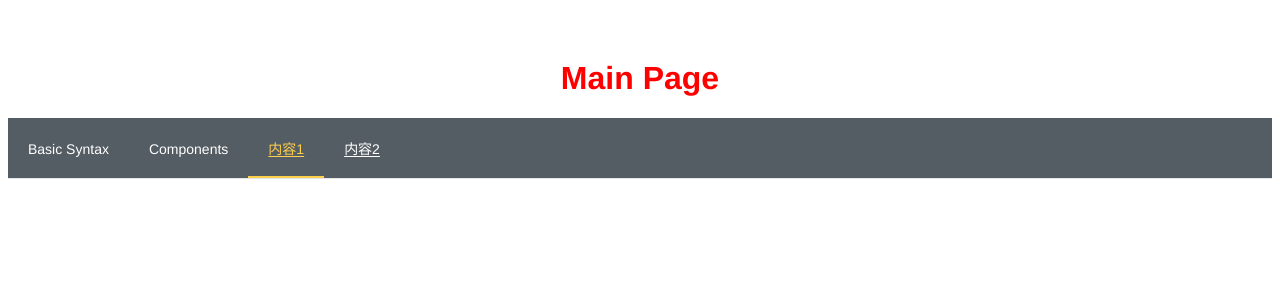
Repository: yuyiyong/study.vue
Page: /#/
These files come from the project's save history. The page is drawn as it stood at one moment and after the next save; the edit follows.
The browser window is 1280 px wide. The pictures show the whole page.
The project was rebuilt for these pictures with package versions that can differ from the ones it lists, and the page was loaded fresh each time. Also part of the build but not shown: src/pages/Login/Login.vue, src/pages/Containt/Containt1.vue, src/pages/Containt/Containt2.vue.

Above is the page before, as saved 2021-03-09 17:12:54.

After the next save:
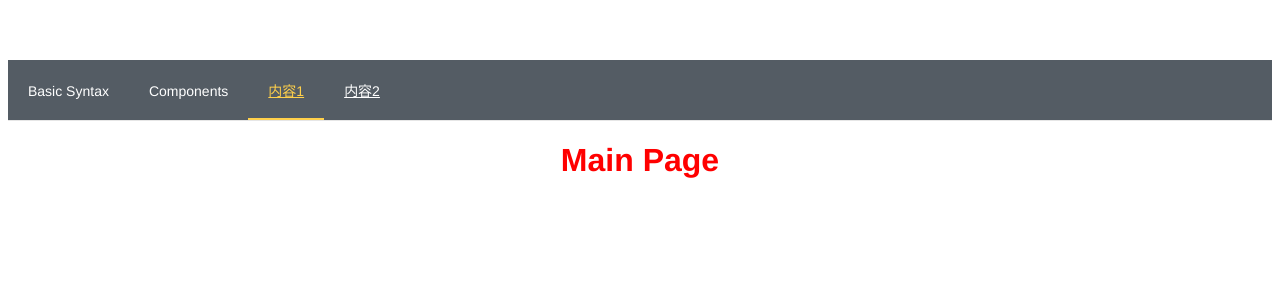
Saved 67 s later.
--- a/src/pages/Main/Main.vue
+++ b/src/pages/Main/Main.vue
@@ -1,14 +1,14 @@
 <!--
  * @LastEditors: yyy_dui
- * @LastEditTime: 2021-03-09 16:41:44
+ * @LastEditTime: 2021-03-09 17:14:01
  * @FilePath: /element_test/src/pages/Main/Main.vue
 -->
 <template>
   <div>
+    <Menus />
     <h1>
       {{ msg }}
     </h1>
-    <Menus />
     <router-view></router-view>
   </div>
 </template>
